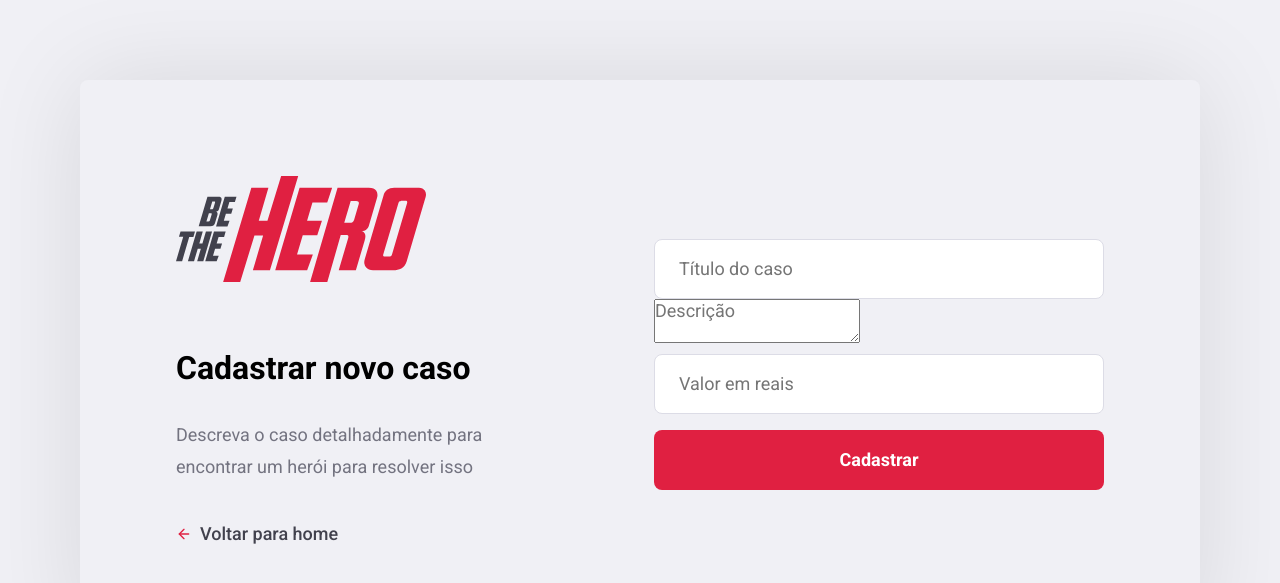
Repository: lucas-silva-dev/be-the-hero
Page: /incidents/new (app in frontend/)
An editor plug-in stored every save of this project. The page is shown before and after the next save, followed by the edit.
The browser window is 1280 px wide. The pictures show the whole page.
The project was rebuilt for these pictures with package versions that can differ from the ones it lists, and the page was loaded fresh each time. Also part of the build but not shown: frontend/src/pages/Logon/styles.css, frontend/src/pages/Logon/index.js, frontend/src/pages/Register/styles.css, frontend/src/pages/Register/index.js, frontend/src/pages/Profile/styles.css, frontend/src/pages/Profile/index.js.

Above is the page before, as saved 2020-03-26 00:00:11.

After the next save:
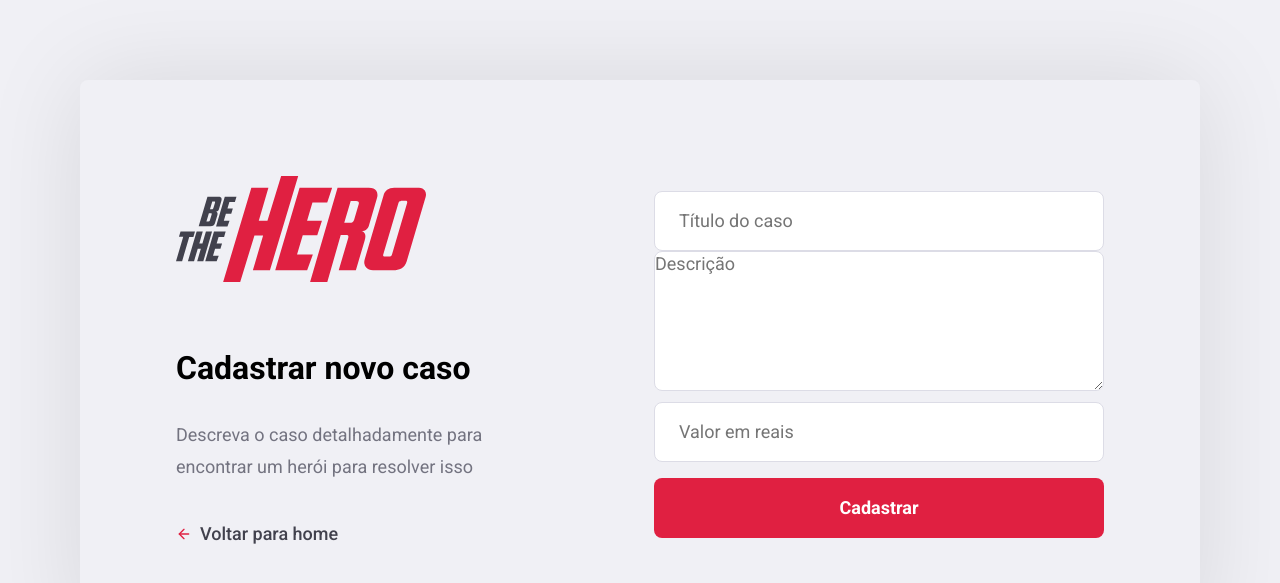
Saved 2 min 13 s later.
--- a/frontend/src/global.css
+++ b/frontend/src/global.css
@@ -30,6 +30,16 @@ form input {
   border: 1px solid #dcdce6;
   border-radius: 8px;
   padding: 0 24px;
+}
+
+form textarea {
+  width: 100%;
+  min-height: 140px;
+  color: #333;
+  border: 1px solid #dcdce6;
+  border-radius: 8px;
+  padding: 16 24px;
+  line-height: 24px;
 }
 
 .button {
